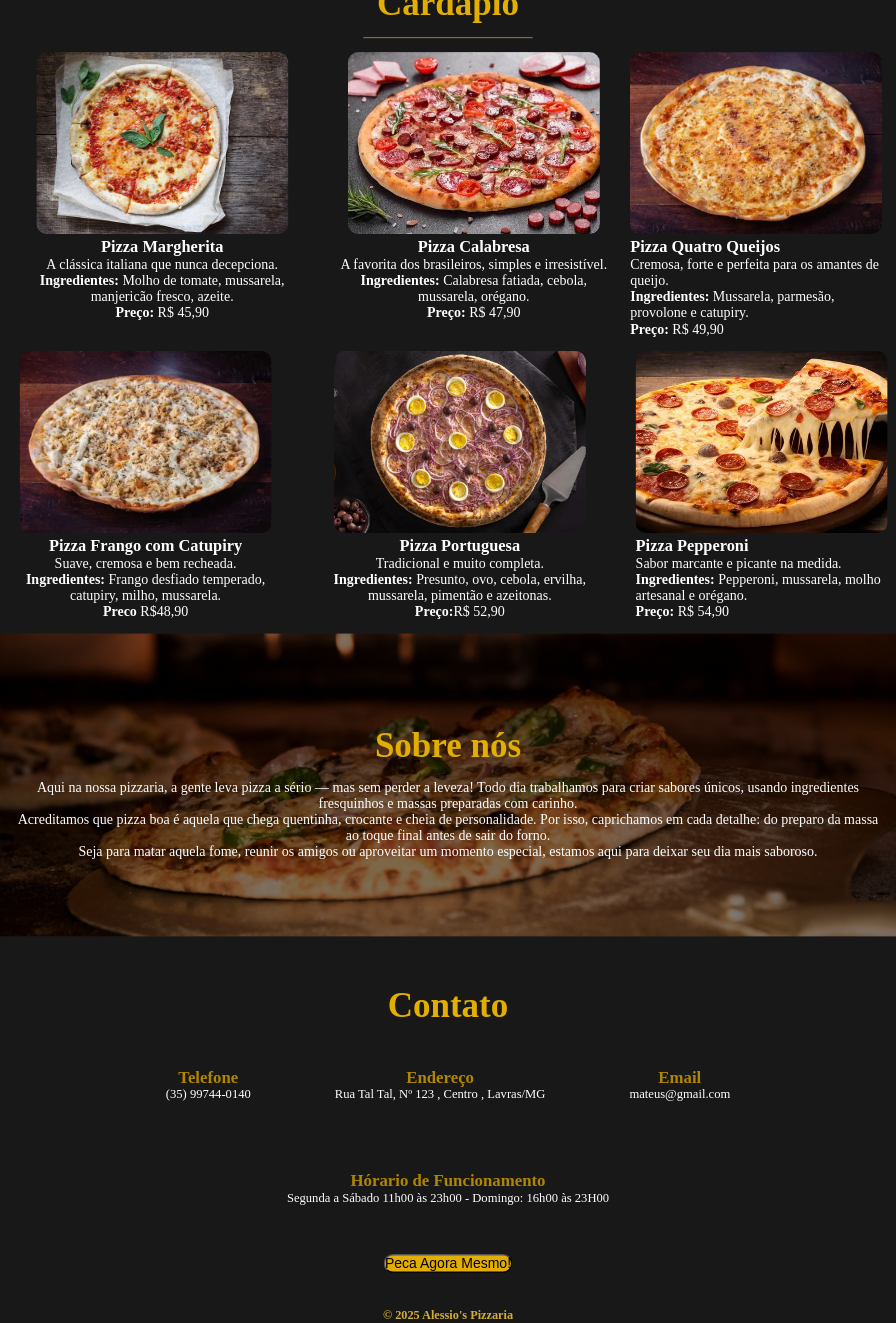
Repository: Mateushlp/landing-page-pizza
Page: index.html
The author's editor kept a copy of each file at every save. The page is drawn from the files as they stood at one save, then again after the next save.
The browser window is 1280 px wide. The pictures show the part of the page from y = 1038 to 2958 px (the page is 2928 px tall before and 2958 px after), at 70% of full size.

Above is the page before, as saved 2026-05-03 11:40:23.

### index.html
<!DOCTYPE html>
<html lang="en">
<head>
    <meta charset="UTF-8">
    <meta name="viewport" content="width=device-width, initial-scale=1.0">
    <link rel="stylesheet" href="style.css">
    <title>Document</title>
</head>
<body>
    <header>
        <nav>
            <ul>
                <li> <a href="http://"> Home</li></a>
                <li> <a href="http://">Cardapio</li></a>
                <li> <a href="http://">Sobre Nos</li></a>
                <li> <a href="http://">Contato</li></a>
            </ul>
        </nav>
    </header>

    <section class="inicio">
        <div class="texto">
        <h1>Bem vindo à Alessio's</h1>
        <p>Saborosas pizzas feitas </p>
        <button class="btn1">Ver Cardapio</button>
        </div>
    </section>

    <section class="cardapio">
        <h2 class="cardapio1">Cardápio</h2>
    </section>

    <div class="prato">
        <div class="pratos1">
            <img src="./img/margherita-pizza.jpg" alt="">
            <h3>Pizza Margherita</h3>
            <p> A clássica italiana que nunca decepciona. <br>
          <strong>Ingredientes:</strong>  Molho de tomate, mussarela, manjericão fresco, azeite. <br>
        <strong>Preço:</strong> R$ 45,90
    </p>
        </div>
            <div class="pratos2">
                <img src="./img/3140217-pizza-calabresa.jpg" alt="">
                <h3>Pizza Calabresa</h3>
                <p>A favorita dos brasileiros, simples e irresistível. <br>
                <strong>Ingredientes:</strong> Calabresa fatiada, cebola, mussarela, orégano. <br>
                    <strong>Preço:</strong> R$ 47,90
            </p>
            </div>
                <div class="pratos3">
                    <img src="./img/Quatro-Queijos.jpg" alt="">
                    <h3>Pizza Quatro Queijos</h3>
                    <p>Cremosa, forte e perfeita para os amantes de queijo. <br>
                    <strong>Ingredientes:</strong>  Mussarela, parmesão, provolone e catupiry. <br>
                        <strong>Preço: </strong>R$ 49,90
                </p>
                </div>
                </div>

                <div class="prato2">
                <div class="pratos1">
                    <img src="./img/Frango-com-Catupiry-2.jpg" alt="">
                    <h3>Pizza Frango com Catupiry</h3>
                    <p>Suave, cremosa e bem recheada. <br>
                   <strong>Ingredientes:</strong> Frango desfiado temperado, catupiry, milho, mussarela. <br>
                   <strong>Preco </strong> R$48,90
                </p>
                </div>
                <div class="pratos2">
                    <img src="./img/pizza-portuguesa.jpg" alt="">
                    <h3>Pizza Portuguesa</h3>
                    <p>Tradicional e muito completa. <br>
                   <strong>Ingredientes:</strong>  Presunto, ovo, cebola, ervilha, mussarela, pimentão e azeitonas. <br>
                    <strong>Preço:</strong>R$ 52,90
                </p>
                </div>
                <div class="pratos3">
                    <img src="./img/the-pepperoni-pizza-and-a-piece-of-streched-cheese-pizza-with-ai-generated-free-photo.jpg" alt="">
                    <h3>Pizza Pepperoni</h3>
                    <p>Sabor marcante e picante na medida. <br>
                  <strong>Ingredientes:</strong>   Pepperoni, mussarela, molho artesanal e orégano. <br>
                <strong>Preço:</strong> R$ 54,90</p>

                </div>
                </div>
                </div>




    <section class="sobre">
        <div class="sobre1">
        <h2>Sobre nós</h2>
        <p>Aqui na nossa pizzaria, a gente leva pizza a sério — mas sem perder a leveza!
        Todo dia trabalhamos para criar sabores únicos, usando ingredientes fresquinhos e massas preparadas com carinho. <br>

        Acreditamos que pizza boa é aquela que chega quentinha, crocante e cheia de personalidade. Por isso, caprichamos em cada
        detalhe: do preparo da massa ao toque final antes de sair do forno. <br>

        Seja para matar aquela fome, reunir os amigos ou aproveitar um momento especial, estamos aqui para deixar seu dia mais
        saboroso.</p>
    </div>
    </section>

<section id="contato" class="contato">
    <h2>Contato</h2>

    <div class="contato-info">
        <div class="box">
            <h3>Telefone</h3>
            <p>(35) 99744-0140</p>
        </div>

        <div class="box">
            <h3>Endereço</h3>
            <p>Rua Tal Tal, Nº 123 , Centro , Lavras/MG</p>
        </div>

        <div class="box">
            <h3>Email</h3>
            <p>mateus@gmail.com</p>
        </div>
            <div class="box">
                <h3>Hórario de Funcionamento</h3>
                <p>Segunda a Sábado 11h00 às 23h00 - Domingo: 16h00 às 23H00</p>
            </div>
    </div>
</section>
        <div class="pedir">
        <button class="btn2">Peca Agora Mesmo!</button>
        </div>


    <footer>
        <h3>&copy; 2025 Alessio's Pizzaria</h3>
    </footer>

</body>
</html>

### style.css
*{
    margin:0;
    padding: 0;
    box-sizing: border-box;
}
body{
    background-color: #181818;

}

nav ul {
    display: flex;
    gap: 25px;
    list-style: none;
    justify-content: center;
    font-size: 25px;
    padding: 10px;
     background: linear-gradient(to bottom, rgb(00, 0, 0), rgba(0,0,0,0.9));
}

nav ul a{
    text-decoration: none;
    color: #fff;
    margin-top: 10px;
}

nav ul a:hover{
    border-radius: 20px;
    background-color: #00000;
    color: #af8600;
}

.inicio{
     background:
        linear-gradient(rgba(0,0,0,0.5), rgba(0,0,0,0.5)),
        url(./img/background-meio.jpg);
    background-size: cover;
    background-position: center;
    height: 130vh;
}

.texto{
    display: flex;
    flex-direction: column;
    align-items: center;
    color: #fff;
    padding-top: 7%;
    padding-left: 6%;
    font-size: 40px;
}
.texto p{
    font-family: 'Lucida Sans', 'Lucida Sans Regular', 'Lucida Grande', 'Lucida Sans Unicode', Geneva, Verdana, sans-serif;
    font-size: 30px;

}
.btn1{
 background-color: #e2ae01;
 border-radius: 20px;
 font-size: 20px;
 margin-top: 30px;
 padding: 9px;
 cursor:pointer;
}
.btn1:hover{
background-color:#181818;
color: #e2ae01;
}
.cardapio{
    text-align: center;
    padding: 10px;
    font-size: 40px;
    color:#fff;
}
.cardapio1{
    display: inline-block;
    border-bottom: 1px solid #e2ae01;
    padding-top: 20px;
    padding-bottom:20px
}
.prato{
    margin: 10px;
    display: flex;
    gap: 30px;
    font-size: 20px;
    margin-bottom: 20px;
    color:#fff;
}

.prato2{
    margin: 10px;
    display: flex;
    gap: 30px;
    font-size: 20px;
    margin-bottom: 20px;
    color:#fff;
}


.prato img,
.prato2 img {
    width: 50vh;
    height: 260px;
    object-fit: cover;
    border-radius: 15px;

}
.pratos1,
.pratos2 {
    border-radius:20px
    width: 35%;
    text-align: center;
}

.sobre{
    background-image:
    linear-gradient(rgba(0,0,0,0.5), rgba(0,0,0,0.5)),
    url(./img/background.jpg);
    background-size: cover;
    background-position: center;
    height: 60vh; /* AUMENTE a altura */
    display: flex;
    flex-direction: column;
    justify-content: center; /* deixa no meio certinho */
    align-items: center;
    text-align: center;
}
}
.sobre1{
    display: flex;
    align-items: center;
    font-size: 40px;
    flex-direction: column;
    color: #fff;
}
.sobre1 ,h2{
    font-size:50px;
    color:#e2ae01;
    padding:20px
}
.sobre1 p{
    font-size: 20px;
    color:#fff;
}

.contato {
    padding: 50px 0;
    text-align: center;
    color:#fff;
}

.contato-info {
    display: flex;
    justify-content: center;
    gap: 60px;
    margin-top: 20px;
    flex-wrap: wrap;
    color:#fff;
}

.contato-info .box {

    padding: 20px 30px;
    border-radius: 15px;
    color:#fff;

}

.contato-info h3 {
    font-size: 24px;
    color: #af8600;

}

.contato-info p {
    font-size: 18px;
    color:#fff;
}

.pedir{
    display: flex;
    justify-content: center;
    align-items: center;
    text-align: center;
}
.btn2{
     background-color: #e2ae01;
 border-radius: 30px;
 font-size: 20px;
 margin-bottom: 50px;
 padding: 15pxpx;
 cursor:pointer;

}
footer{
      background-color: #181818;
      color: #d4af37;
  text-align: center;
  padding: 15pxpx;
  font-size: 15px;

}

After the next save:
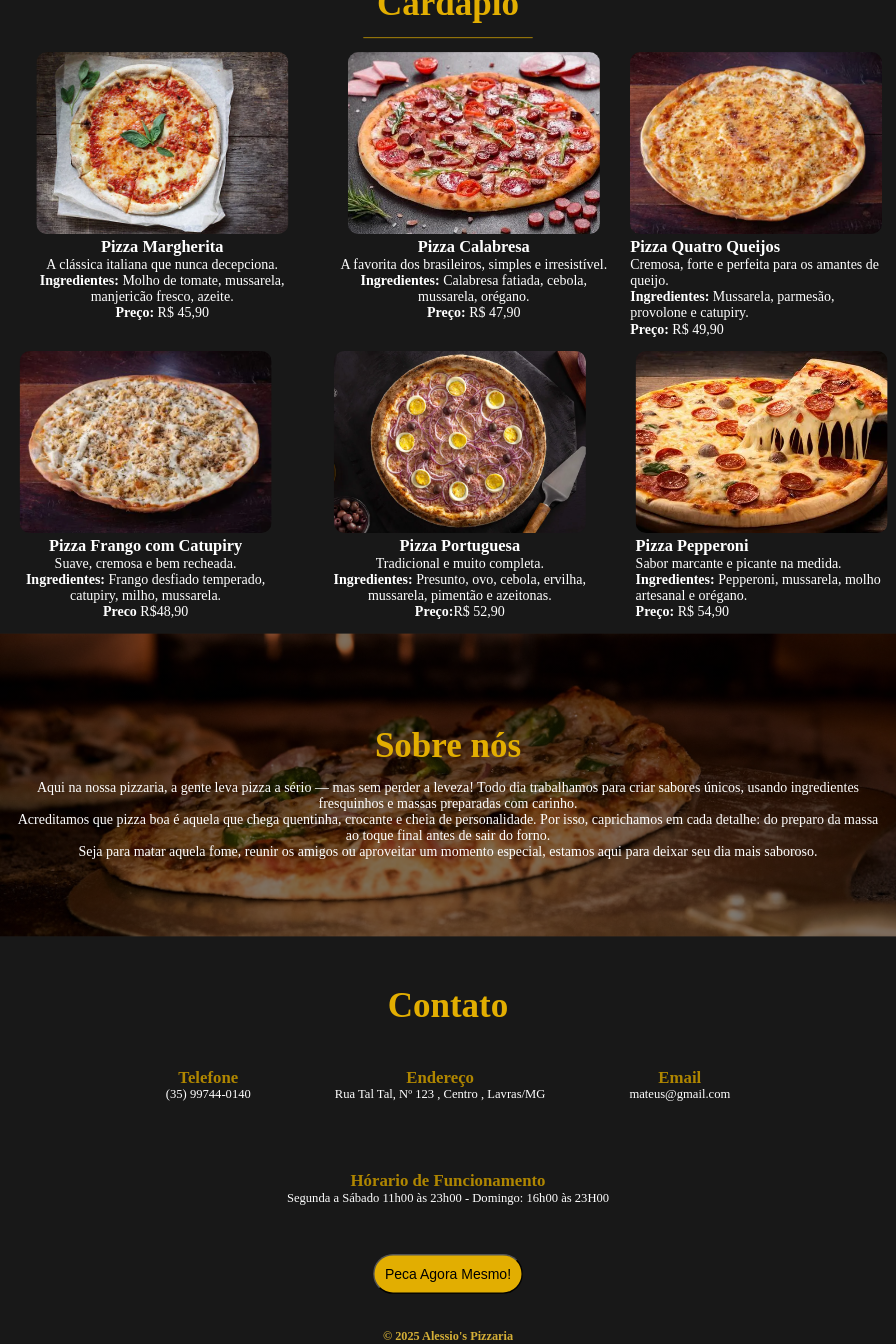
Saved 5 s later.
--- a/style.css
+++ b/style.css
@@ -187,7 +187,7 @@ color: #e2ae01;
  border-radius: 30px;
  font-size: 20px;
  margin-bottom: 50px;
- padding: 15pxpx;
+ padding: 15px;
  cursor:pointer;
 
 }
